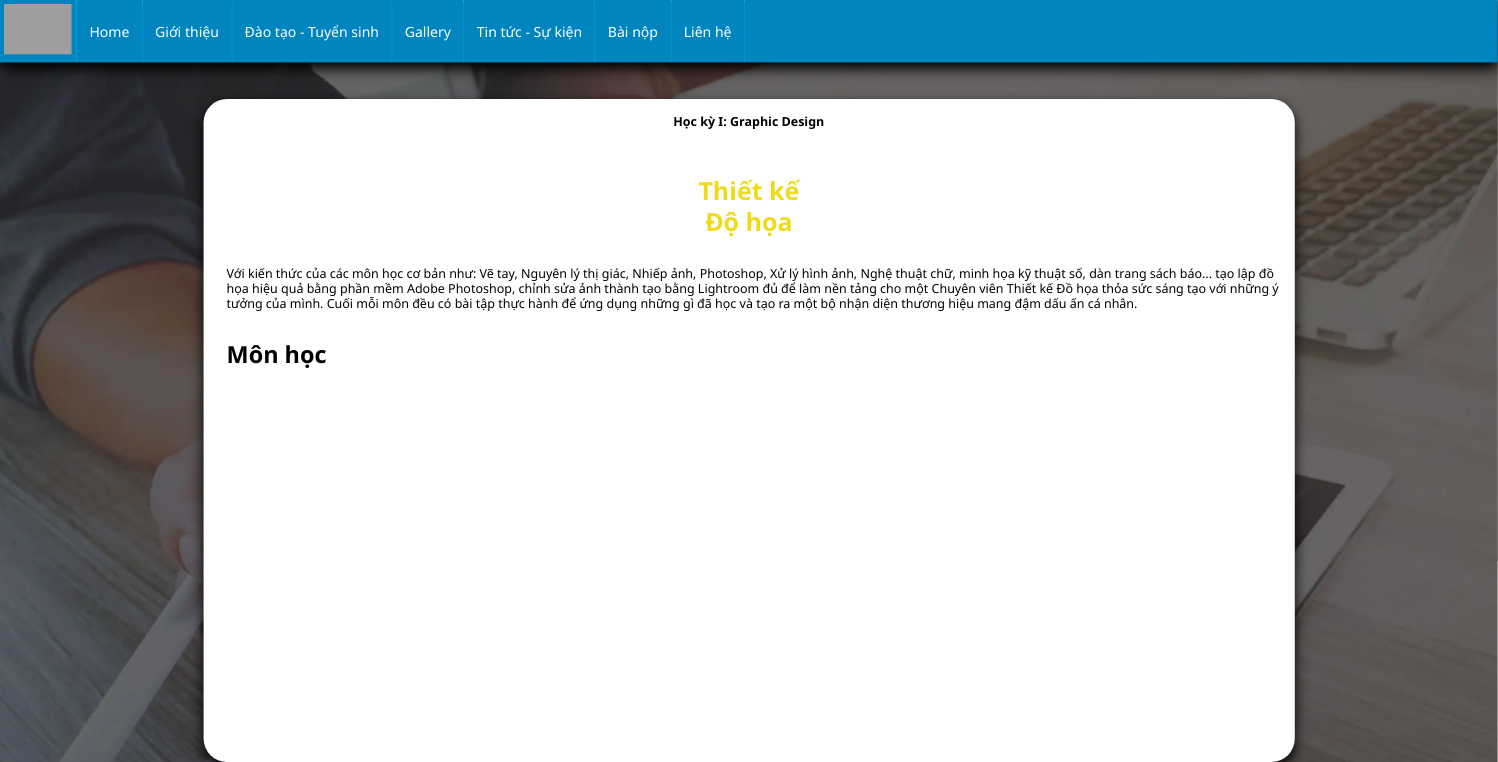
Repository: arena-dttan/dcw-final-exam-d2107m1
Page: final-list/DCW_Final_5_Nguyen-Thi-Thu-Huong_D2107M1/chuong-trinh-dao-tao.html
These files come from the project's save history. The page is drawn as it stood at one moment and after a run of saves; the edit follows.
The browser window is 1280 px wide. The page is 1920 px wide, so the pictures cover 1920 px, including what lies to the right of the window. The pictures show the whole page, at 78% of full size.
Pictures or frames that could not be fetched are drawn as grey boxes.

Above is the page before, as saved 2022-06-26 19:52:48.

### final-list/DCW_Final_5_Nguyen-Thi-Thu-Huong_D2107M1/chuong-trinh-dao-tao.html
<!DOCTYPE html>
<html>
<head>
    <meta charset="UTF-8">
    <link rel="stylesheet" href="index.css">
    <link rel="icon" href="./images/favicon.ico" />

</head>
<head>
    <!-- Các meta (siêu dữ liệu) -->
    <meta http-equiv="Content-Type" content="text/html; charset=utf-8" />

    <!-- Tiêu đề hiển thị trên thanh địa chỉ trình duyệt -->
    <title>Chương trình đào tạo</title>

    <!-- icon trên thanh địa chỉ trình duyệt -->
    <link rel="icon" href="./images/favicon.ico" />

    <!-- Sử dụng font google -->
    <link rel="preconnect" href="https://fonts.googleapis.com">
    <link rel="preconnect" href="https://fonts.gstatic.com" crossorigin>
    <link href="https://fonts.googleapis.com/css2?family=Roboto:wght@100&display=swap" rel="stylesheet">

    <!-- external css -->
    <link rel="stylesheet" href="./css/style.css">
    <link rel="stylesheet" href="./css/menu.css">
    <link rel="stylesheet" href="./index.css">

</head>
<body id="container">


    <div id="main-menu">

        <ul class="menu">
            <li ><img style="height: 65px; margin: 5px;;" src="images/logo.webp" alt="logo"> </li>
            <li class="home">
            <a href="./index.html"> Home</a>
            </li>
            <li>
            <a href="./gioi-thieu.html"> Giới thiệu</a>
            </li>
            <li class="dropdown">
            <a class="dropdown-btn"> Đào tạo - Tuyển sinh</a>
            <div class="dropdown-content">
                <a href="./chuong-trinh-dao-tao.html">Đào tạo</a>
                <a href="./tuyen-sinh.html">Tuyển sinh</a>
            </div>
            <li>
                <a href="./gallery.html"> Gallery</a>
            </li>
            <li>
                <a href="./tin-tuc.html"> Tin tức - Sự kiện</a>
            </li>
            <li>
                <a href="./final-exam-list.html">Bài nộp</a>
            </li>

            <li>
                <a href="#">Liên hệ</a>
            </li>
            </li>
        </ul>
        <!-- id main content -->
        <div id="main-content-daotao">
            <div id="box-container"><b class="text-hocky">Học kỳ I: Graphic Design</b>
                <div class="content">
                    <h1 style="color:rgb(240, 219, 26);">Thiết kế <br>Độ họa</h1>
                    <br>
                    <br>
                        <p class="text"> Với kiến thức của các môn học cơ bản như: Vẽ tay, Nguyên lý thị giác, Nhiếp
                            ảnh, Photoshop, Xử lý hình ảnh, Nghệ thuật chữ, minh họa kỹ thuật số, dàn
                            trang sách báo... tạo lập đồ họa hiệu quả bằng phần mềm Adobe Photoshop,
                            chỉnh sửa ảnh thành tạo bằng Lightroom đủ để làm nền tảng cho một
                            Chuyên viên Thiết kế Đồ họa thỏa sức sáng tạo với những ý tưởng của mình.
                            Cuối mỗi môn đều có bài tập thực hành để ứng dụng những gì đã học và tạo
                            ra một bộ nhận diện thương hiệu mang đậm dấu ấn cá nhân.
                            <br>
                            <br>
                            <br>
                        </p>
                        <h3><b>Môn học</b></h3>

                    </div>
                </div>
            </div>

        </div>
    </div>
</body>
</body>
</html>

### final-list/DCW_Final_5_Nguyen-Thi-Thu-Huong_D2107M1/index.css
/* Sử dụng cho định dạng main menu */
body, html {
    height: 100%;
    width: 1920px;
    background-image: url('images/head-bg.webp'); width: 1920px; height: 100%; background-repeat: no-repeat;
    font-family: 'Segoe UI';

}
* {
    margin: 0;
    padding: 0;
    box-sizing: border-box;
    align-items: center;
}
body {
    position: absolute;
}
#container {
    width: 1920px;
    height: 100%;
    justify-content: center;
    margin: 0;
    padding: 0;
}
#main-menu {
    max-width: 1920px;
    height: 100px;
    margin: 0;
    padding: 0;
}
.menu {
    height: 80px;
    line-height: 80px;
    text-align: center;
    justify-content: center;
    display: inline-block;
}
ul {
    list-style-type: none;
    overflow: hidden;
    background-color: #0085be;
    width: 100%;
    box-shadow: 0 8px 16px 0 rgba(0, 0, 0, 2);
    display: inline-block;
}
.home {
    border-left: 0.01em dotted #00aeef;
}
li {
    float: left;
    border-right: 0.01em dotted #00aeef;
    font-size: 18px;
}

li.dropdown {
    display: inline-block;
    min-width: 100px;
}

li a:hover,
.dropdown:hover {
    background: #00aeef;
}

li a,
.dropdown-btn {
    display: inline-block;
    color: white;
    text-align: center;
    padding: 0 16px;
    text-decoration: none;
}
.dropdown-content {
    display: none;
    position: absolute;
    background: #F8C800;
    background: #0085be;
    min-width: 200px;
    border-bottom: 0.01em dotted #00aeef;
    box-shadow: 0 8px 16px 0 rgba(0, 0, 0, 2);
    z-index: 1;
    top: 80px;
    transition: all .3s ease-in-out;
}
.dropdown-content a {
    color: white;
    padding: 10px 16px;
    text-decoration: none;
    display: block;
    text-align: center;
    line-height: 2;
}
.dropdown-content a:hover {
    background: #00aeef;
}
.dropdown:hover .dropdown-content {
    display: block;
}

.text {
    margin-left: 40px;
    padding-top: 150px;
}
.button {

    font-size: 18px;
    font-weight: bold;
    width: 180px;
    height: 50px;
    background: #F8C800;
    border-radius: 40px;
    border-color: inherit;
    border-style: none;
    color: white;
    margin-top: 390px;
    margin-left: 70px;
    display: block;
    position: absolute;
}
#main-content {
    width: 1920px;
    height: 100%;
    margin: 0;
    padding: 0;
    display: inline-block;
    align-items: center;
    justify-content: center;

}
#box-container {
    background-color: rgb(255, 255, 255);
    box-shadow: 0 8px 16px 0 rgba(0, 0, 0, 2);
    margin-top: 43px;
    background-color: rgb(255, 255, 255);
    box-shadow: 0 8px 16px 0 rgb(0 0 0);
    width: 1399px;
    height: 850px;
    border-radius: 55px;
    margin-left: auto;
    margin-right: auto;
    border-radius: 30px;

}
.content {
    margin: 30px;
    padding-top: 30px;
}
h1 {
    text-align: center;
}
p {
    float: left;
    position: relative;
    width: 600px;
    height: 350px;
    margin-left: 285px;
    text-align: justify;
}
span {
    position: relative;
    left: 65px;
}
img {
    float: left;
}
.clear {
    clear: both;
}
.text2 p {
    float: left;
    position: relative;
    text-align: justify;
    margin-left: 0;
    width: 500px;
    height: 350px;
}
.text2 span {
    position: relative;
    float: left;
    text-align: justify;
}
.img2 {
    float: left;
    margin-left: 245px;
    margin-top: 0;
}
#main-content-daotao {
    width: 1920px;
    height: 100%;
    margin: 0;
    padding: 0;

}
p.text {
    text-align: left;
    width: 1350px;
    height: 100%;
    margin-left: 0;
    padding: 0;
    text-align: left;

}
b.text-hocky {
    padding-top: 20px;
    position: relative;
    text-align: center;
    display: inline-block;
}
h3 {
    text-align: left;
    width: 1350px;
    height: 100%;
    margin-left: 0;
    padding: 0;
    text-align: left;
    font-size: 30px;
}

ul.a {
    all: unset
}
ul.a b {
    list-style-type: circle;
}

### final-list/DCW_Final_5_Nguyen-Thi-Thu-Huong_D2107M1/css/style.css
html {
    box-sizing: border-box;
    width: 100%;
    height: 100%;
}

body {
    width: 100%;
    height: 100%;
    background: url("../images/head-bg.webp");
    font-size: 16px;
    font-family: 'Segoe UI', Tahoma, Geneva, Verdana, sans-serif;
    line-height: 1.2;
}

* {
    margin: 0;
    padding: 0;
}

*,
*:before,
*:after {
    box-sizing: border-box;
}

input,
textarea,
select,
button {
    outline: none;
}

input {
    line-height: normal;
}

label,
button {
    cursor: pointer;
}

a {
    text-decoration: none;
}

img {
    display: block;
    max-width: 100%;
}

#container {
    width: 100%;
    height: 100%;
    text-align: center;
}

#logo {
    float: left;
}

#logo img {
    width: 130px;
    padding: 10px;
}

#header {
    background: #0085be;
    box-shadow: 0 8px 16px 0 rgba(0, 0, 0, 2);
}

#banner img {
    height: 500px;
    width: 100%;
}

#content-index {
    margin: 100px 10px 10px 50px;
}

.btn {
    width: 150px;
    height: 40px;
    line-height: 40px;
    background: #F8C800;
    display: block;
    text-align: center;
    text-transform: uppercase;
    font-weight: bold;
    border-radius: 2em;
    -webkit-border-radius: 2em;
    -moz-border-radius: 2em;
    -ms-border-radius: 2em;
    -o-border-radius: 2em;
    margin: 20px 50px;
}

.btn a {
    color: white;
}

#main-content {
    background: none;
    min-height: 400px;
    margin: 40px;
}

#main-page {
    background: white;
    color: black;
    border: 1px solid blue;
    border-radius: 3em;
    width: 80%;
    min-height: 400px;
    padding: 20px;
    display: inline-block;
    box-sizing: border-box;
    margin-bottom: 40px;
}

.content img {
    width: 450px;
    height: 250px;
}

.text-uppercase {
    text-transform: uppercase;
}

.main-title {
    color: #F8C800;
    font-size: 30px;
    font-weight: 700 !important;
    margin: 30px 0;
}

.normal-list {
    list-style-type: disc;
    margin: 10px;
    padding: 10px;
    overflow: visible;
    background: none;
}

.normal-list li {
    clear: both;
}

h4 {
    text-align: left;
    font-size: 20px;
}

h3 {
    padding-bottom: 20px;
}

hr {
    margin: 10px 0;
}

p {
    text-align: justify;
}

### final-list/DCW_Final_5_Nguyen-Thi-Thu-Huong_D2107M1/css/menu.css
/* Sử dụng cho định dạng main menu */

.menu {
    height: 80px;
    line-height: 80px;
}

.home {
    border-left: 0.01em dotted #00aeef;
}

ul {
    list-style-type: none;
    margin: 0;
    padding: 0;
    overflow: hidden;
    /* background: #F8C800; */
    background: #0085be;
    /* box-shadow: 0 8px 16px 0 rgba(0, 0, 0, 2); */
}

li {
    float: left;
    border-right: 0.01em dotted #00aeef;
    font-size: 18px;
}

li.dropdown {
    display: inline-block;
    min-width: 100px;
}

li a:hover,
.dropdown:hover {
    background: #00aeef;
}

li a,
.dropdown-btn {
    display: inline-block;
    color: white;
    text-align: center;
    padding: 0 16px;
    text-decoration: none;
}

.dropdown-content {
    display: none;
    position: absolute;
    /*background: #F8C800;
    */
    background: #0085be;
    min-width: 200px;
    border-bottom: 0.01em dotted #00aeef;
    box-shadow: 0 8px 16px 0 rgba(0, 0, 0, 2);
    z-index: 1;
    top: 80px;
    transition: all .3s ease-in-out;
}

.dropdown-content a {
    color: white;
    padding: 10px 16px;
    text-decoration: none;
    display: block;
    text-align: center;
    line-height: 2;
}

.dropdown-content a:hover {
    background: #00aeef;
}

.dropdown:hover .dropdown-content {
    display: block;
}

After the next 4 saves:
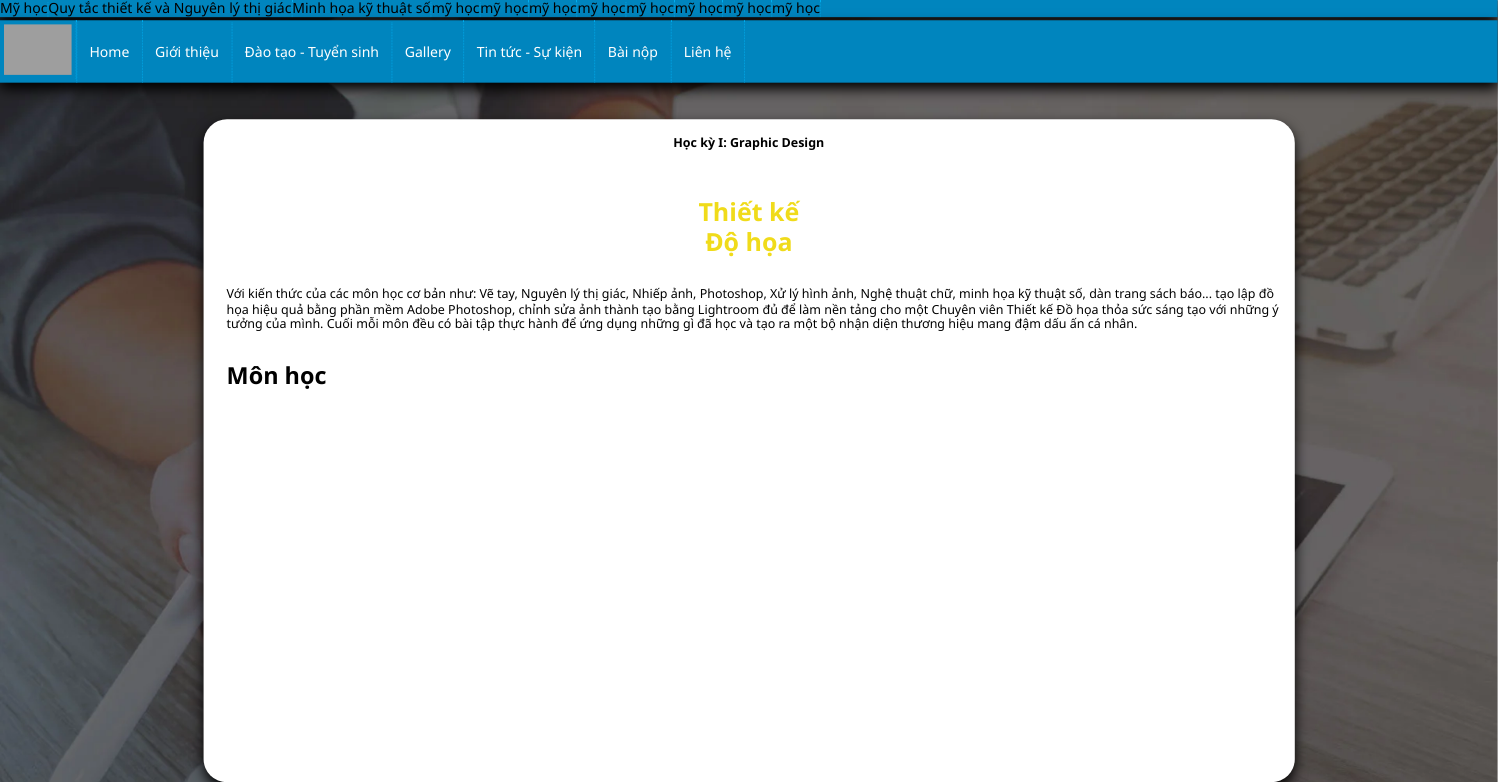
The 4 saves are shown as one change because they came seconds apart.
The last was saved 11 s later.
--- a/final-list/DCW_Final_5_Nguyen-Thi-Thu-Huong_D2107M1/chuong-trinh-dao-tao.html
+++ b/final-list/DCW_Final_5_Nguyen-Thi-Thu-Huong_D2107M1/chuong-trinh-dao-tao.html
@@ -31,7 +31,19 @@
 
 
     <div id="main-menu">
-
+        <ul>  <ul class="a b">
+            <li>Mỹ học</li>
+            <li>Quy tắc thiết kế và Nguyên lý thị giác</li>
+            <li>Minh họa kỹ thuật số</li>
+            <li>mỹ học</li>
+            <li>mỹ học</li>
+            <li>mỹ học</li>
+            <li>mỹ học</li>
+            <li>mỹ học</li>
+            <li>mỹ học</li>
+            <li>mỹ học</li>
+            <li>mỹ học</li>
+           </ul></ul>
         <ul class="menu">
             <li ><img style="height: 65px; margin: 5px;;" src="images/logo.webp" alt="logo"> </li>
             <li class="home">
